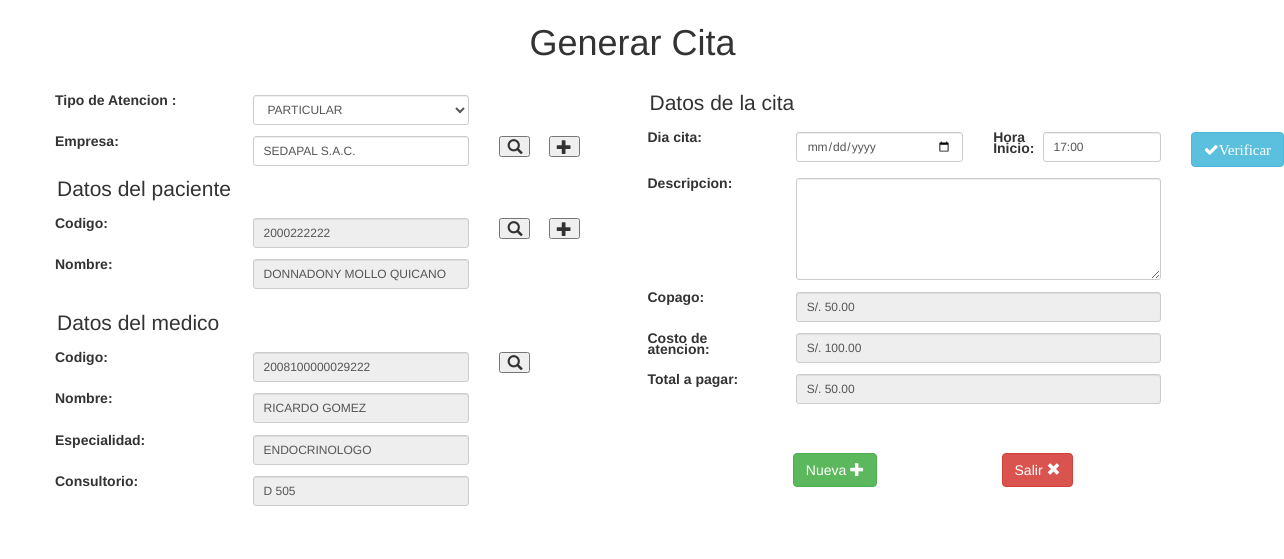
Repository: Donyx10/ADSII-ProyectoClinica
Page: http://localhost/AvanceWeb/GeneraCitaMedica.jsp
An editor plug-in stored every save of this project. The page is shown before and after the next save, followed by the edit.
The browser window is 1280 px wide. The page is 1284 px wide, so the pictures cover 1284 px, including what lies to the right of the window. The pictures show the whole page.
Some web fonts or font styles are not loaded; a fallback is used. The page is served by Tomcat 9. Other server files are loaded and not shown.

Above is the page before, as saved 2018-06-04 06:06:57.

### WebDemo/AvanceWeb/WebContent/GeneraCitaMedica.jsp
<!DOCTYPE html>
<html lang="esS">
<head>
<meta charset="UTF-8">
<meta name="viewport"
	content="width=device-width, initial-scale=1, maximum-scale=1, user-scalable=no">
<script type="text/javascript" src="js/jquery.min.js"></script>
<script type="text/javascript" src="js/jquery.dataTables.min.js"></script>
<script type="text/javascript" src="js/dataTables.bootstrap.min.js"></script>
<script type="text/javascript" src="js/bootstrap.min.js"></script>
<script type="text/javascript" src="js/bootstrapValidator.js"></script>
<link rel="stylesheet" href="css/bootstrap.css" />
<link rel="stylesheet" href="css/dataTables.bootstrap.min.css" />
<link rel="stylesheet" href="css/style.css" />
<link rel="stylesheet" href="css/bootstrapValidator.css" />
<link rel="stylesheet"
	href="https://cdnjs.cloudflare.com/ajax/libs/font-awesome/4.7.0/css/font-awesome.min.css">
<title>Generar Cita</title>

</head>
<body>

	<div class="container" style="padding-top: 3px; line-height: 0.8; padding-left: 0.01px;">
		<h1 align="center">Generar Cita</h1>
		<br>
		<br>
		<form action="generarCita" id="id_form">
			<div class="form-group row">
				<div class="col-md-6" >

					<div class="form-group row" align="left" id="atencion">
						<div class="col-md-12" >
							<div class="row">
								<div class="col-md-4">
									<label for="atencion">Tipo de Atencion : </label>
								</div>
								<div class="col-md-5">
									<select class="form-control input-sm" style="">
										<option>PARTICULAR
										<option>EPS
										<option>SEGURO
									</select>
								</div>
							</div>
							<br>
							<div class="row">
									<div class="col-md-4">
										<label class="" for="id_codigo">Empresa:</label>
									</div>
									<div class="col-md-5">
										<input class="form-control input-sm" type="text"
											value="SEDAPAL S.A.C." id="" name=""
											placeholder="Ingrese el codigo">
									</div>
									<div class="col-md-1" align="right">
										<button style="font-size: 15px">
											<i class="glyphicon glyphicon-search"></i>
										</button>
									</div>
									<div class="col-sm-1">
										<button style="font-size: 15px">
											<i class="glyphicon glyphicon-plus"></i>
										</button>
									</div>
								</div>

						</div>
					</div>

					<div class="form-group row" align="left" id="paciente">
						<div class="col-md-12" >
							<fieldset>
								<legend>Datos del paciente</legend>
								<div class="row">
									<div class="col-md-4">
										<label class="" for="id_codigo">Codigo:</label>
									</div>
									<div class="col-md-5">
										<input class="form-control input-sm" type="text" readonly="readonly"
											value="2000222222" id="" name=""
											placeholder="Ingrese el codigo">
									</div>
									<div class="col-md-1" align="right">
										<button style="font-size: 15px">
											<i class="glyphicon glyphicon-search"></i>
										</button>
									</div>
									<div class="col-sm-1">
										<button style="font-size: 15px">
											<i class="glyphicon glyphicon-plus"></i>
										</button>
									</div>
								</div>
								<br>
								<div class="row">
									<div class="col-md-4">
										<label class="" for="">Nombre:</label>
									</div>
									<div class="col-md-5">
										<input class="form-control input-sm" type="text" readonly="readonly"
											value="DONNADONY MOLLO QUICANO" id="" name=""
											placeholder="Ingrese el nombre" size="30">
									</div>
								</div>

							</fieldset>
						</div>

					</div>

					<br>
					<div class="form-group row" id="cita" >
						<div class="col-md-12">
						<fieldset>
								<legend>Datos del medico</legend>

								<div class="row">
									<div class="col-md-4">
										<label class="" for="id_codigo">Codigo:</label>
									</div>
									<div class="col-md-5">
										<input class="form-control input-sm" type="text" readonly="readonly"
											id="id_codigo" value="2008100000029222"
											name="computadora.nombre" placeholder="Ingrese el codigo">

									</div>
									<div class="col-md-1">
										<button style="font-size: 15px">
											<i class="glyphicon glyphicon-search"></i>
										</button>
									</div>
								</div>
								<br>
								<div class="row">
									<div class="col-md-4">
										<label class="" for="">Nombre:</label>
									</div>
									<div class="col-md-5">
										<input class="form-control input-sm" type="text" id="" readonly="readonly"
											value="RICARDO GOMEZ" name="" placeholder="Ingrese el nombre">
									</div>
								</div>
								<br>
								<div class="row">
									<div class="col-md-4">
										<label class="" for="">Especialidad:</label>
									</div>
									<div class="col-md-5">
										<input class="form-control input-sm" type="text" id="" name="" readonly="readonly"
											value="ENDOCRINOLOGO" placeholder="Ingrese la especialidad">
									</div>
								</div>
								<br>
								<div class="row">
									<div class="col-md-4">
										<label class="" for="">Consultorio:</label>
									</div>
									<div class="col-md-5">
										<input class="form-control input-sm" type="text" id="" name="" readonly="readonly"
											value="D 505" placeholder="Ingrese el consultorio">
									</div>
								</div>
							</fieldset>

						</div>
					</div>

				</div>
				<div class="col-md-6" >
					<div class="form-group row" id="medico"
						>
						<div class="col-md-12" >
							<fieldset>
								<legend>Datos de la cita </legend>
								<!--
								<div class="row">
									<div class="col-md-3">
										<label class="" for="">Especialidad:</label>
									</div>
									<div class="col-md-4">
										<select class="form-control input-sm">
											<option>TRAUMATOLOGIA
											<option>CIRUJIA
											<option>GINECOLOGIA
										</select>
									</div>
								</div>
								<br>
								 -->
								<!--
						<div class="row">
							<div class="col-md-3">
								<label class="" for="">Numero:</label>
							</div>
							<div class="col-md-3">
								<input class="form-control" type="text" id="" name="" value="001-000029"
									size="10" placeholder="Numero">
							</div>
						</div>
						<br>-->
								<div class="row">
									<div class="col-md-3">
										<label class="" for="id_codigo">Dia cita:</label>
									</div>
									<div class="col-md-4">
										<input class="form-control input-sm" type="date" id=""
											value="5/18/2018" name="" placeholder="Dia" size="10">

									</div>

									<div class="col-md-1">
										<label class="" for="id_codigo">Hora Inicio:</label>
									</div>
									<div class="col-md-3">
										<input class="form-control input-sm" type="text" id="" name=""
											value="17:00" placeholder="Hora" size="10">

									</div>
									<div class="col-md-1">
										<button style="font-size: 15px" class="btn btn-info">
											<i class="fa fa-check">Verificar</i>
										</button>

									</div>
								</div>
								<br>
								<div class="row">
									<div class="col-md-3">
										<label class="" for="">Descripcion:</label>
									</div>
									<div class="col-lg-8">
										<textarea class="form-control input-sm" rows="5" id="comment"></textarea>
									</div>
								</div>
								<br>
								<div class="row">
									<div class="col-md-3">
										<label class="" for="">Copago:</label>
									</div>
									<div class="col-lg-8">
										<input class="form-control input-sm" type="text" id="" name="" readonly="readonly"
											value="S/. 50.00" placeholder="Hora" size="10">
									</div>
								</div>
								<br>
								<div class="row">
									<div class="col-md-3">
										<label class="" for="">Costo de atencion:</label>
									</div>
									<div class="col-lg-8">
										<input class="form-control input-sm" type="text" id="" name="" readonly="readonly"
											value="S/. 100.00" placeholder="Hora" size="10">
									</div>
								</div>
								<br>
								<div class="row">
									<div class="col-md-3">
										<label class="" for="">Total a pagar:</label>
									</div>
									<div class="col-lg-8">
										<input class="form-control input-sm" type="text" id="" name="" readonly="readonly"
											value="S/. 50.00" placeholder="Hora" size="10">
									</div>
								</div>
							</fieldset>
						</div>
					</div>
					<br><br><br>
				</div>

				<div class="form-group row" id="botones">
					<div class="col-md-1" align="center"></div>
					<div class="col-md-2" align="center">
						<button type="submit" class="btn btn-success">
							Nueva <span class="glyphicon glyphicon-plus"></span>
						</button>
					</div>
					<div class="col-md-2" align="center">
						<button type="submit" class="btn btn-danger">
							Salir <span class="glyphicon glyphicon-remove"></span>
						</button>
					</div>
				</div>
			</div>
		</form>
	</div>
</body>
</html>

### WebDemo/AvanceWeb/WebContent/css/style.css


.table-fixed {
	width: 100%;
	background-color: #f3f3f3;
}

.table-fixed tbody {
	height: 120px;
	overflow-y: auto;
	width: 100%;
}

.table-fixed thead, .table-fixed tbody, .table-fixed tr, .table-fixed td,
	.table-fixed th {
	display: block;
}

.table-fixed tbody td {
	float: left;
}

.table-fixed thead tr th {
	float: left;
	background-color: #f39c12;
	border-color: #e67e22;
}

legend {
    display: block;
    padding-left: 2px;
    padding-right: 2px;
    border: none;
}

Loaded but not shown: WebDemo/AvanceWeb/WebContent/js/jquery.min.js (library); WebDemo/AvanceWeb/WebContent/js/jquery.dataTables.min.js (library); WebDemo/AvanceWeb/WebContent/js/dataTables.bootstrap.min.js (common file); WebDemo/AvanceWeb/WebContent/js/bootstrap.min.js (library); WebDemo/AvanceWeb/WebContent/js/bootstrapValidator.js (library); WebDemo/AvanceWeb/WebContent/css/bootstrap.css (library); WebDemo/AvanceWeb/WebContent/css/dataTables.bootstrap.min.css (library); WebDemo/AvanceWeb/WebContent/css/bootstrapValidator.css (common file)

After the next save:
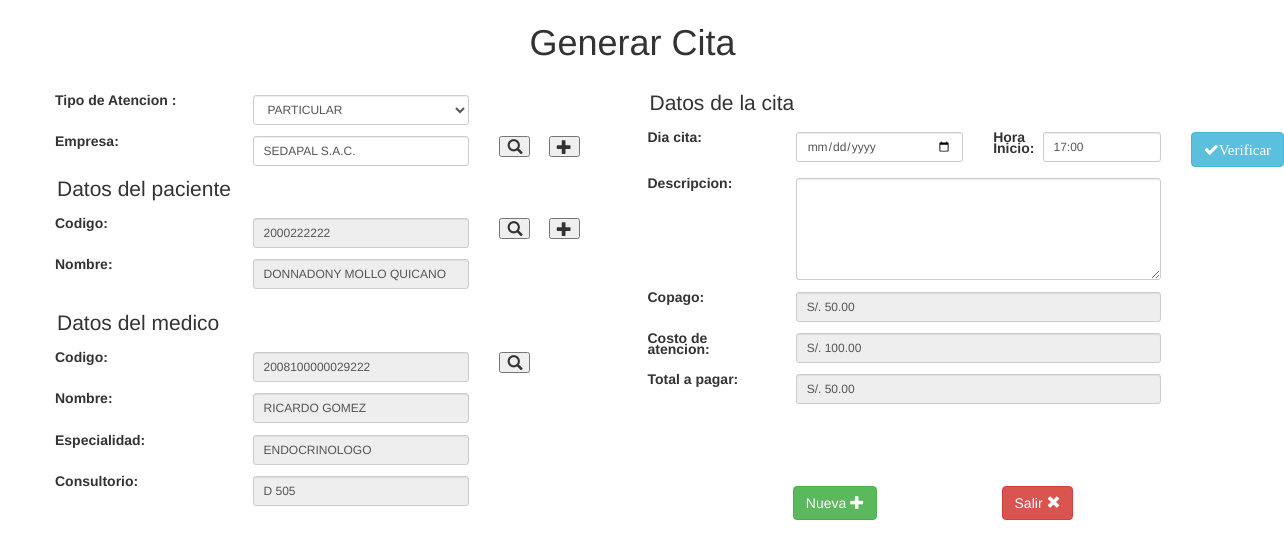
Saved 5 s later.
--- a/WebDemo/AvanceWeb/WebContent/GeneraCitaMedica.jsp
+++ b/WebDemo/AvanceWeb/WebContent/GeneraCitaMedica.jsp
@@ -265,7 +265,7 @@
 							</fieldset>
 						</div>
 					</div>
-					<br><br><br>
+					<br><br><br><br><br><br>
 				</div>
 
 				<div class="form-group row" id="botones">
